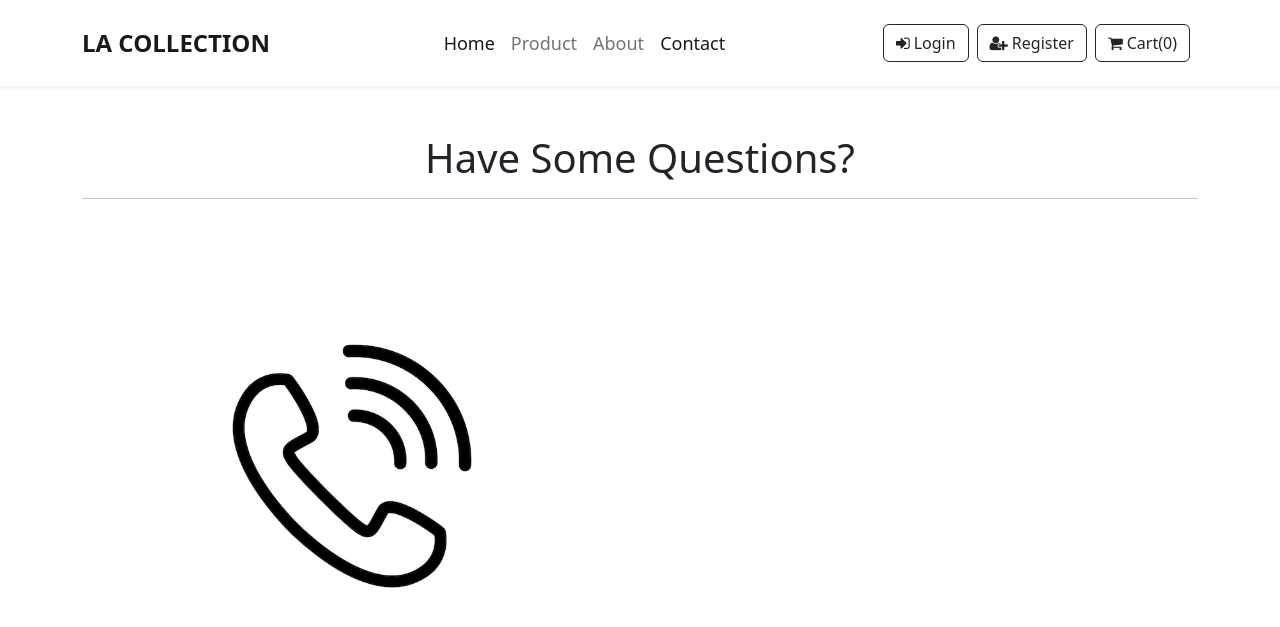
Repository: tiendungjr123/Ecommerce
Page: /contact
The author's editor kept a copy of each file at every save. The page is drawn from the files as they stood at one save, then again after the next save.
The browser window is 1280 px wide. The pictures show the whole page.
The project was rebuilt for these pictures with package versions that can differ from the ones it lists, and the page was loaded fresh each time. Also part of the build but not shown: src/components/Products.jsx, src/components/Home.jsx, src/redux/action/index.js, src/components/ProductDetail.jsx, src/components/About.jsx.

Above is the page before, as saved 2022-10-04 10:54:20.

### src/index.js
import React from 'react';
import ReactDOM from 'react-dom/client';
import './index.css';
import App from './App';
import '../node_modules/bootstrap/dist/css/bootstrap.min.css';
import '../node_modules/font-awesome/css/font-awesome.min.css';
import 'react-loading-skeleton/dist/skeleton.css'
import { BrowserRouter } from 'react-router-dom';
import store from './redux/store';
import { Provider } from 'react-redux';
const root = ReactDOM.createRoot(document.getElementById('root'));
root.render(
   <BrowserRouter>
      <Provider store={store}>
         <App />
      </Provider>
   </BrowserRouter>
);

### src/index.css
body {
   margin: 0;
   font-family: -apple-system, BlinkMacSystemFont, "Segoe UI", "Roboto", "Oxygen", "Ubuntu", "Cantarell", "Fira Sans",
      "Droid Sans", "Helvetica Neue", sans-serif;
   -webkit-font-smoothing: antialiased;
   -moz-osx-font-smoothing: grayscale;
}

code {
   font-family: source-code-pro, Menlo, Monaco, Consolas, "Courier New", monospace;
}

### src/App.js
import './App.css';
import Home from './components/Home';
import Navbar from './components/Navbar';
import {Route,  Routes} from 'react-router-dom';
import Products from './components/Products';
import ProductDetail from './components/ProductDetail';
import About from './components/About';
import Contact from './components/Contact';
function App() {
   return (
      <>
         <Navbar/>
         <Routes>
            <Route exact path='/' element={<Home/>}/>
            <Route exact path='/products' element={<Products/>}/>
            <Route exact path='/products/:id' element={<ProductDetail/>}/>
            <Route exact path='/about' element={<About/>}/>
            <Route exact path='/contact' element={<Contact/>}/>
         </Routes>
      </>
   );
}

export default App;

### src/redux/store.js
import { createStore } from "redux";
import rootReducers from "./reducer";
const store = createStore(rootReducers);

export default store;

### src/App.css
/* Navbar css */

.navbar-nav a{
   font-size: 18px;
}

### src/components/Navbar.jsx
import React from 'react';
import { NavLink } from 'react-router-dom';
import { useSelector } from 'react-redux';
const Navbar = () => {
   const state = useSelector((state) => state.handleCart);
   return (
      <div>
         <nav className="navbar navbar-expand-lg bg-white py-3 shadow-sm">
            <div className="container">
               <NavLink className="navbar-brand fw-bold fs-4" to="/">LA COLLECTION</NavLink>
               <button className="navbar-toggler" type="button" data-bs-toggle="collapse" data-bs-target="#navbarSupportedContent" aria-controls="navbarSupportedContent" aria-expanded="false" aria-label="Toggle navigation">
                  <span className="navbar-toggler-icon"></span>
               </button>
               <div className="collapse navbar-collapse" id="navbarSupportedContent">
                  <ul className="navbar-nav mx-auto mb-2 mb-lg-0">
                     <li className="nav-item">
                        <NavLink className="nav-link active" aria-current="page" to="/">Home</NavLink>
                     </li>
                     <li className="nav-item">
                        <NavLink className="nav-link" to="/products">Product</NavLink>
                     </li>
                     <li className="nav-item">
                        <NavLink className="nav-link" to="/about">About</NavLink>
                     </li>
                     <li className="nav-item">
                        <NavLink className="nav-link" to="/contact">Contact</NavLink>
                     </li>
                  </ul>
                  <div className="buttons ">
                     <NavLink to="/login" className='btn btn-outline-dark'>
                        <i className='fa fa-sign-in me-1'></i>Login
                     </NavLink>
                     <NavLink to="/register" className='btn btn-outline-dark ms-2'>
                        <i className='fa fa-user-plus me-1'></i>Register
                     </NavLink>
                     <NavLink to="/cart" className='btn btn-outline-dark m-2'>
                        <i className='fa fa-shopping-cart me-1'></i>Cart({state.length})
                     </NavLink>
                  </div>
               </div>
            </div>
         </nav>
      </div>
   );
}

export default Navbar;

### src/components/Contact.jsx
import React from 'react';

const Contact = () => {
   return (
      <div>
         <div className="container">
            <div className="row">
               <div className="col-12 text-center py-4 my-4">
                  <h1>Have Some Questions?</h1>
                  <hr />
               </div>
            </div>
            <div className='row'>
               <div className="col-md 5 d-flex justify-content-center">
                  <img src="/assets/contact1.jpg" alt="Contact Us" height="400px" width="400px" />
               </div>
               <div className="col-md-6">

               </div>
            </div>
         </div>
      </div>
   );
}

export default Contact;

### src/redux/reducer/index.js
import handleCart from "./handleCart";
import { combineReducers } from "redux";

const rootReducers =  combineReducers({
   handleCart,
})

export default rootReducers;

### src/redux/reducer/handleCart.js
const cart = [];

const handleCart = (state = cart, action) => {
   const product = action.payload;
   switch (action.type) {
      case 'cart/addProduct':
         const exits = state.find((x) => x.id === product.id);
         if (exits) {
            return state.map((x) => x.id === product.id ? { ...x, qty: x.qty + 1 } : x)
         }else{
            const product = action.payload;
            return [
               ...state,
               {
                  ...product,
                  qty: 1,
               }
            ]
         }
         break;
      case 'cart/deleteProduct':
         const exits1 = state.find((x) => x.id === product.id);
         if(exits1.qty === 1){
            return state.filter((x) => x.id !== exits1.id)
         }
         else{
            return state.map((x) =>
               x.id === product.id ? {...x, qty: x.qty-1}:x
            );
         }
         break;
      default:
         return state;
   }
}

export default handleCart;

Loaded but not shown: public/index.html (common file)

After the next save:
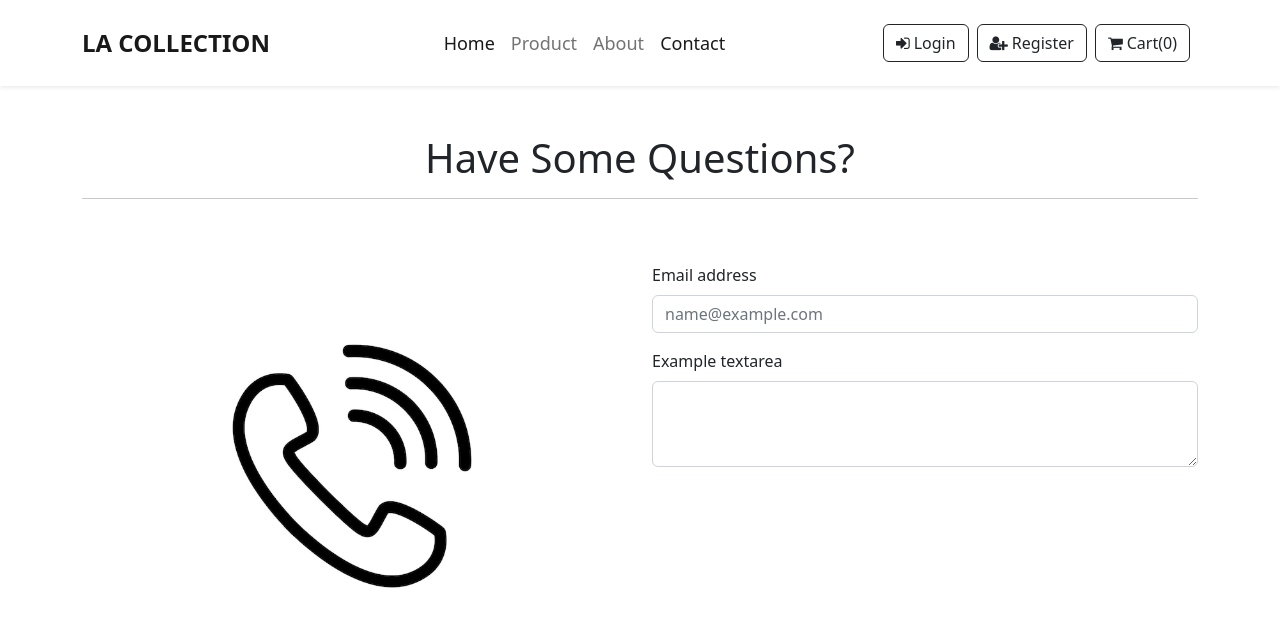
Saved 115 s later.
--- a/src/components/Contact.jsx
+++ b/src/components/Contact.jsx
@@ -15,7 +15,16 @@ const Contact = () => {
                   <img src="/assets/contact1.jpg" alt="Contact Us" height="400px" width="400px" />
                </div>
                <div className="col-md-6">
-
+                  <form>
+                     <div class="mb-3">
+                        <label for="exampleFormControlInput1" class="form-label">Email address</label>
+                        <input type="email" class="form-control" id="exampleFormControlInput1" placeholder="name@example.com" />
+                     </div>
+                     <div class="mb-3">
+                        <label for="exampleFormControlTextarea1" class="form-label">Example textarea</label>
+                        <textarea class="form-control" id="exampleFormControlTextarea1" rows="3"></textarea>
+                     </div>
+                  </form>
                </div>
             </div>
          </div>
